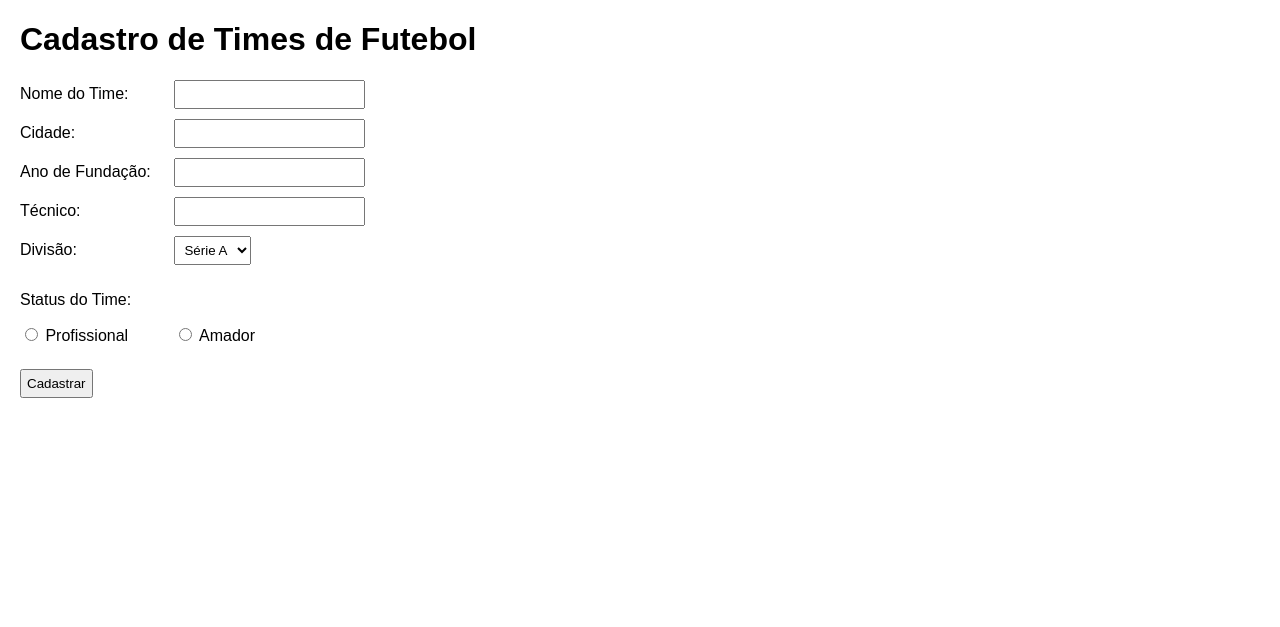
Repository: MathSena/jsp_curso
Page: jspdemo/src/main/webapp/cadastroTime.html
The author's editor kept a copy of each file at every save. The page is drawn from the files as they stood at one save, then again after the next save.
The browser window is 1280 px wide. The pictures show the whole page.

Above is the page before, as saved 2025-03-04 00:32:42.

After the next save:
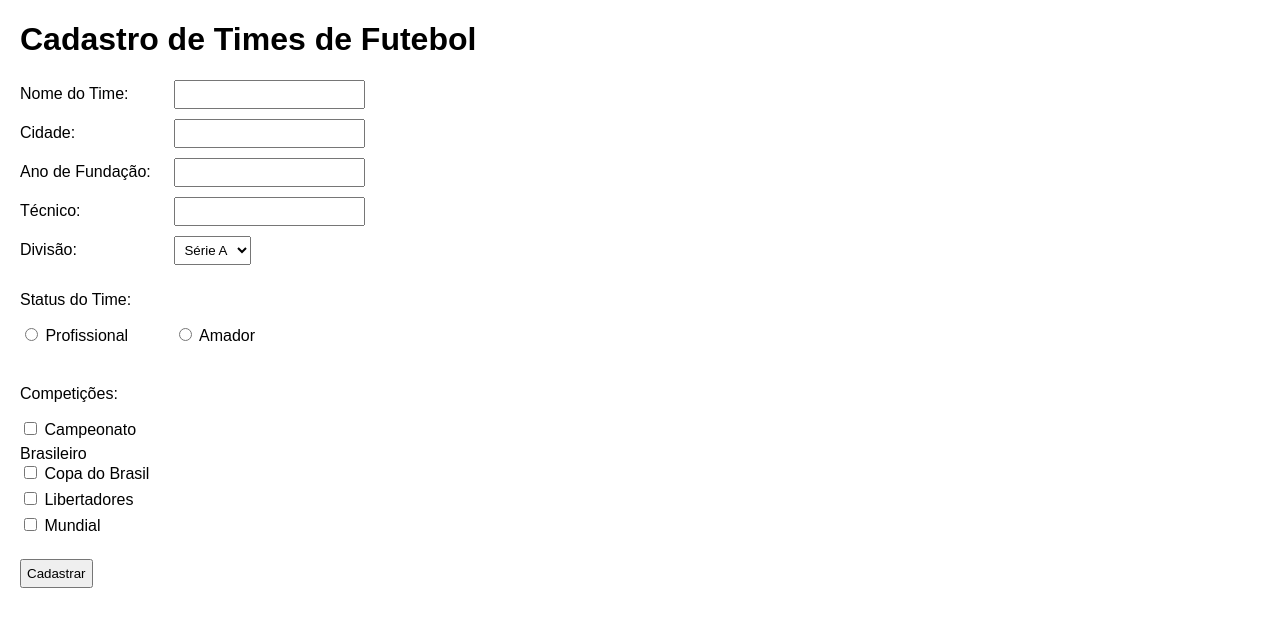
Saved 2 s later.
--- a/jspdemo/src/main/webapp/cadastroTime.html
+++ b/jspdemo/src/main/webapp/cadastroTime.html
@@ -65,6 +65,29 @@
         </label>
         <br><br>
 
+        <!-- Checkboxes para selecionar as competições em que o time participa -->
+        <p>Competições:</p>
+        <label for="brasileiro">
+            <input type="checkbox" id="brasileiro" name="competicoes" value="Brasileiro">
+            Campeonato Brasileiro
+        </label>
+        <br>
+        <label for="copa">
+            <input type="checkbox" id="copa" name="competicoes" value="Copa do Brasil">
+            Copa do Brasil
+        </label>
+        <br>
+        <label for="libertadores">
+            <input type="checkbox" id="libertadores" name="competicoes" value="Libertadores">
+            Libertadores
+        </label>
+        <br>
+        <label for="mundial">
+            <input type="checkbox" id="mundial" name="competicoes" value="Mundial">
+            Mundial
+        </label>
+        <br><br>
+
         <!-- Botão para enviar o formulário -->
         <input type="submit" value="Cadastrar">
     </form>
